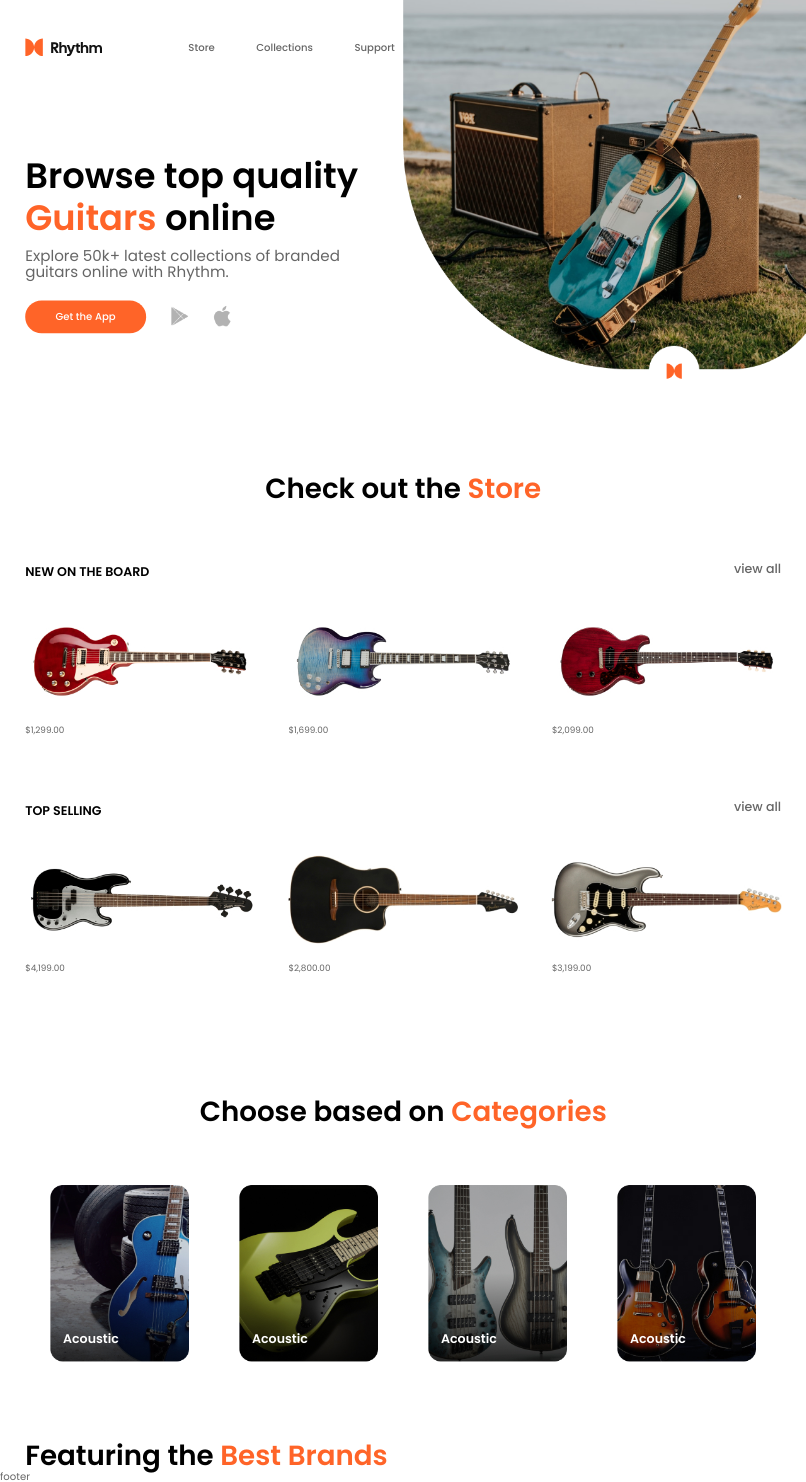
Repository: MorgunovaAlexandra/verstka-gitare-store
Page: index.html
These files come from the project's save history. The page is drawn as it stood at one moment and after the next save; the edit follows.
The browser window is 1280 px wide. The pictures show the whole page, at 63% of full size.

Above is the page before, as saved 2022-06-11 17:34:19.

### index.html
<!DOCTYPE html>
<html lang="en">
<head>
    <meta charset="UTF-8">
    <meta http-equiv="X-UA-Compatible" content="IE=edge">
    <meta name="viewport" content="width=device-width, initial-scale=1.0">
    <link rel="stylesheet" href="./style.css">
    <title>Document</title>
</head>
<body>
    <div class="wrapper">
        <header class="header">
            <div class="header__container _container">
                <a href="" class="header__logo">
                    <img src="./img/logo.svg" alt="">
                </a>
                <nav class="header__menu menu">
                    <ul class="menu__list">
                        <li class="menu__item">
                            <a href="" class="menu__link">Store</a>
                        </li>
                        <li class="menu__item">
                            <a href="" class="menu__link">Collections</a>
                        </li>
                        <li class="menu__item">
                            <a href="" class="menu__link">Support</a>
                        </li>
                    </ul>
                </nav>
            </div>
        </header>
        <main class="page">
            <section class="page__main main">
                <div class="main__container _container">
                    <div class="main__content">
                        <h1 class="main__title">Browse top quality <span>Guitars</span> online</h1>
                        <p class="main__text">Explore 50k+ latest collections of branded guitars online with Rhythm.</p>
                        <div class="main_actions actions-main">
                            <a href="" class="actions-main__button">Get the App</a>
                            <div class="actions-main__icon"><img src="./img/Group.png" alt="playMarket"></div>
                            <div class="actions-main__icon"><img src="./img/Apple logo.png" alt="apple"></div>
                        </div>
                    </div>
                    <div class="main_decor decor-main">
                        <div class="decor-main__image">
                            <img  src="./img/unsplash_H6j0Zsy91WY.png"alt="Main">
                        </div>
                    </div>
                </div>
            </section>
            <section class="page_store store">
               <div class="store_container _container">
                   <h2 class="store_title _title">
                    Check out the <span>Store</span>
                   </h2>
                   <div class="store__body body-store">
                       <div class="body-store__header">
                           <div class="body-store__title">NEW ON THE BOARD</div>
                           <a class="body-store__all">view all</a>
                       </div>
                       <div class="body-store__items">
                           <div class="body-store__item item">
                             <a href="" class="item__image">
                                 <img class="img-gitara" src="./img/1gitara.jpg" alt="gitare">
                             </a>
                             <div class="item__title">The Essential Les Paul</div>
                             <div class="item__price">$1,299.00</div>
                           </div>
                           <div class="body-store__item item">
                            <a href="" class="item__image">
                                <img  class="img-gitara" src="./img/2gitare.jpg" alt="gitare">
                            </a>
                            <div class="item__title">J-45 Standard</div>
                            <div class="item__price">$1,699.00</div>
                          </div>
                          <div class="body-store__item item">
                            <a href="" class="item__image">
                                <img  class="img-gitara" src="./img/3gitare.jpg" alt="gitare">
                            </a>
                            <div class="item__title">Hummingbird Standard</div>
                            <div class="item__price">$2,099.00</div>
                          </div>

                       </div>
                    <div class="body-store__header he">
                        <div class="body-store__title">TOP SELLING</div>
                        <a class="body-store__all">view all</a>
                    </div>
                       <div class="body-store__items">
                        <div class="body-store__item item">
                            <a href="" class="item__image">
                                <img class="img-gitara" src="./img/4gitare.jpg" alt="gitare">
                            </a>
                            <div class="item__title">Active Precision Bass® PH V</div>
                            <div class="item__price">$4,199.00</div>
                        </div>
                        <div class="body-store__item item">
                            <a href="" class="item__image">
                                <img class="img-gitara" src="./img/5gitare.jpg" alt="gitare">
                            </a>
                            <div class="item__title">Redondo Special</div>
                            <div class="item__price">$2,800.00</div>
                        </div>
                        <div class="body-store__item item">
                            <a href="" class="item__image">
                                <img class="img-gitara" src="./img/6gitare.jpg" alt="gitare">
                            </a>
                            <div class="item__title">Professional II Stratocaster®</div>
                            <div class="item__price">$3,199.00</div>
                        </div>
                      </div>
                   </div>
               </div>
            </section>
            <section class="page_categories categories">
              <div class="categories__container _container">
                <h2 class="categories__title _title">
                    Choose based on <span>Categories</span>
                </h2>
                <div class="categories__items">
                   <div class="categories__item item">

                       <img class="item__img" src="./img/categories/Rectangle 139.jpg">
                        <h2 class="item__title">Acoustic</h2>
                   </div>
                   <div class="categories__item item">
                    <img class="item__img" src="./img/categories/Rectangle 140.jpg">
                     <h2 class="item__title">Acoustic</h2>
                </div>
                <div class="categories__item item">
                    <img class="item__img" src="./img/categories/Rectangle 141.jpg">
                     <h2 class="item__title">Acoustic</h2>
                </div>
                <div class="categories__item item">
                    <img class="item__img" src="./img/categories/Rectangle 142.jpg">
                     <h2 class="item__title">Acoustic</h2>
                </div>
                </div>
              </div>

            </section>
            <section class="page__brand brand">
                <div class="brand__container _container">
                    <h2 class="brand__title _title">Featuring the <span>Best Brands</span></h2>
                </div>
            </section>
        </main>
        <footer class="footer">footer</footer>
    </div>

</body>
</html>

### style.css
@import url('https://fonts.googleapis.com/css2?family=Poppins:wght@400;500;600&display=swap');
*,*::before,*::after{
    margin: 0;
    padding: 0;
    box-sizing: border-box;
    border: none;
}
html,body{
    height: 100%;
    min-width: 320px;
}
body{
    line-height: 1;
    font-family: Poppins;
    font-size: 16px;
    color:#666666;
}
ul{}
li{
    list-style: none;
}
a{
    text-decoration: none;
    color:#666666;
    font-weight: 500;

}
/*-----------------------------------*/
._container{
    max-width: 1230px;
    margin: 0 auto;
    padding: 0px 15px;
}
._title{
    font-size: 44px;
    line-height: 52px;
    color:black
}
._title span{
    color:#FF6428
}
/*-----------------------------------*/
.wrapper{
    display: flex;
    flex-direction: column;
    min-height: 100%;
    overflow: hidden;
}

/*------------------header------------------*/
.header__container{
    display: flex;
    gap:131px;
    min-height: 152px;
    align-items: center;
}
.header__logo{

}
.menu__list{
    display: flex;
    gap:56px;
}
.menu__item{
padding: 5px;
background-color:rgba(255,255,255,0.5);
}
.header{
    position: absolute;
    top:0;
    left: 0;
    width: 100%;
    z-index: 20;
}
@media(max-width:1092px) {
    .header__container{
        gap:50px;
        min-height: 100px;
    }
    .menu__list{
        gap:40px;
    }
}
@media(max-width:768.98px){
    .header__container{
        min-height: 50px;
    }
}
@media(max-width:479.98px){
    .menu__list{
        gap:20px
    }
    .header__logo{
        width: 28px;
        overflow: hidden;
        flex: 0 0 28px
    }
    .header__container{
        gap:20px;
    }
    .menu{
        padding: 0;
    }
}
/*------------------main------------------*/
.page{
    flex:1 1 auto
}
.page__main {
}
.main {
    padding-bottom: 80px;
}
.main__container {
    display: flex;
}
._container {
}
.main__content {
    display: flex;
    flex-direction: column;
    justify-content: space-between;
    flex:1 1 50%;
    align-self: flex-end;
    padding-bottom: 60px;
    padding-top: 120px;
    padding-right: 20px;
}
.main__title {
    font-size: 3.5rem;
    line-height: 67px;
    color:black;
    margin-bottom: 16px;
}
.main__title span{
    color:#FF6428
}
.main__text {
    margin-bottom: 34px;
    font-size: 1.5rem;
}
.main_actions {
}
.actions-main {
    display: flex;
    gap: 40px;
    align-items: center;
}
.actions-main__button {
    background-color: #FF6428;
    color:white;
    padding: 18px 48px;
    border-radius: 40px;
    text-align: center;
    transition: all 0.3s ease 0s;
}
.actions-main__button:hover{
    background-color:#b03808
}
.actions-main__icon {
}
.main_decor {
    flex:1 1 50%
}
.decor-main {
}
.decor-main__image {
    margin-right: -135px;
    position: relative;


}
.decor-main__image img{
    max-width: 672px;
}
.decor-main__image::after{
    content: "";
    background: url("./img/Group\ 5189.png");
    width: 80px;
    height: 80px;
    position: absolute;
    right: 36%;
    bottom: 0;
    transform: translate(0,50%);
}
@media(max-width:1092px){
    .decor-main__image img{
        width: 100%;

    }
    .main__content {
        flex:0 0 60%;
        padding-bottom: 0;
    }
    .main_decor {
        flex:0 0 40%
    }
}
@media(max-width:767.97px){
    .main_decor {
        display: none;
    }
    .main__content {
        flex: 1 1 100%;
        padding-right: 0;
        padding-top: 80px;
    }
    .main__title {
        font-size: 44px;
    }
}
@media(max-width:497.98px){
    .actions-main__button {
        flex:1 1 100%;
    }
    .actions-main__icon {
        display: none;
    }
}
/*-----------SECTION2--------------*/
.store_title{
    text-align: center;
    margin-bottom: 92px;
}

.page_store {
}
.store {
    padding-top: 80px;
    padding-bottom: 90px;
}
.store_container {
}
._container {
}


.store__body {
}
.body-store {
}
.body-store__header {
    display: flex;
    justify-content: space-between;
    gap:15px;
    margin-bottom: 32px;
}
.body-store__title {
    font-size: 20px;
    line-height: 30px;
    color:black;
    font-weight: 600;
}
.body-store__all {
    font-weight: 500;
    font-size: 20px;
}
.body-store__items{
    display: flex;
    justify-content: space-between;
    flex-wrap: wrap;
    margin-bottom: 102px;
}
.item__title{
    font-size: 16px;
    font-weight: 500;
    color:#121212;
    line-height: 24px;
    margin-bottom: 7px;
}
.item__price{
    font-size: 14px;
    line-height: 21px;
    font-weight: 400;
}
.item__image{
    padding-bottom: 40px;

}
.img-gitara{
    max-width: 364px;
}
@media(max-width:767.97px){
    .he{
        display: none;
    }
    .item{
        max-width: 50%;
    }
    .img-gitara{
        width: 100%;
    }
}
@media(max-width:497.98px){
    .he{
        display: none;
    }
    .item{
        max-width: 90%;
    }
    .img-gitara{
        width: 100%;
    }
    .body-store__items{
        justify-content: center;
    }
    .body-store__items{
        margin-bottom: 0;
    }
    .store_title {
        margin-bottom: 10px;
    }
    .store {
        padding-top: 0px;
    }
    .body-store__title {
        font-size: 16px;
    }
    .main{
        padding-bottom: 18px;
    }
}


/*----------SECTION3----------------------*/
.categories__items{
    display: flex;
    justify-content: space-around;
    flex-wrap: wrap;
}
.categories__title{
    text-align: center;
    margin-bottom: 80px;
}
.categories__item{
    position: relative;
    padding: 10px;
}
.item__title{
    position: absolute;
    top:80%;
    left: 30px;
    color:white;
    font-weight: 600;
    font-size: 20px;
}
.page_categories{
    padding-bottom: 110px;
}
/*----------------------------SECTION BRAND------------*/
.brand__title

After the next save:
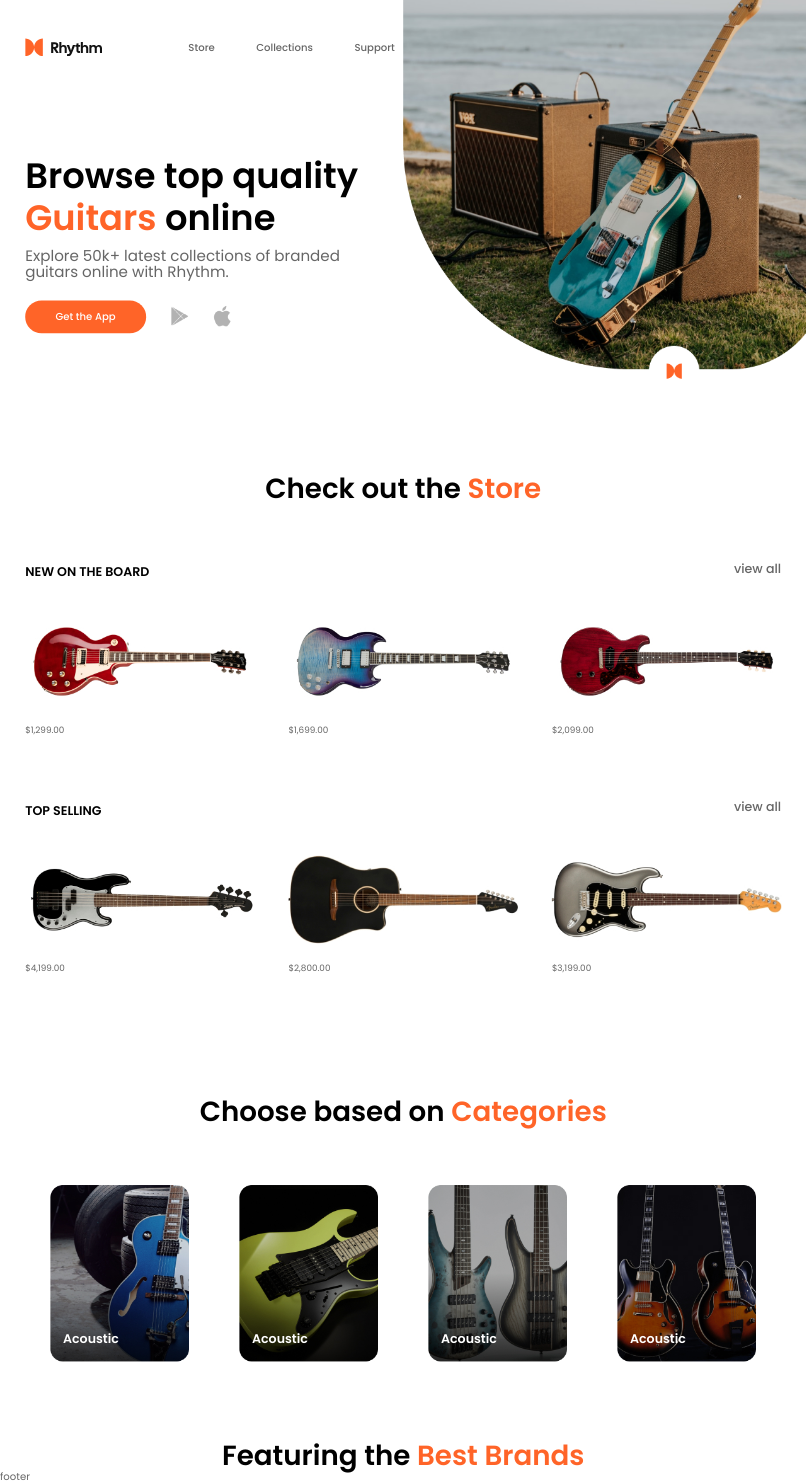
Saved 4 s later.
--- a/style.css
+++ b/style.css
@@ -348,4 +348,6 @@
     padding-bottom: 110px;
 }
 /*----------------------------SECTION BRAND------------*/
-.brand__title
+.brand__title{
+    text-align: center;
+}
